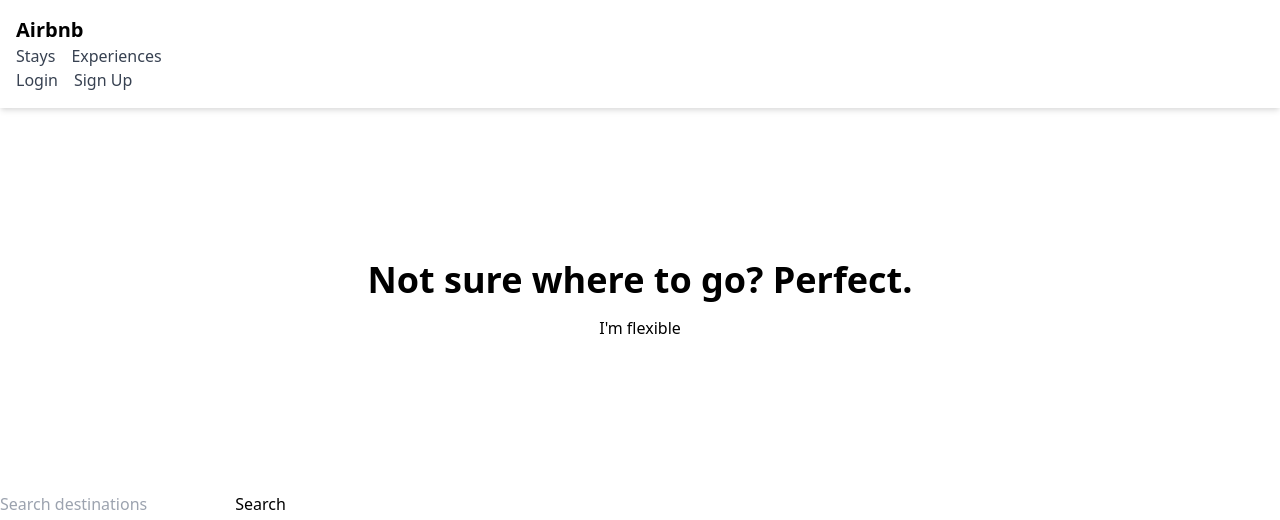
Repository: rmdayberry/Airbnb-Clone
Page: index.html
An editor plug-in stored every save of this project. The page is shown before and after the next save, followed by the edit.
The browser window is 1280 px wide. The pictures show the part of the page from y = 0 to 520 px (the page is 960 px tall).
A picture or video elsewhere on the page could not be fetched, so the positions and the page height are approximate.

Above is the page before, as saved 2024-08-13 15:10:41.

### index.html
<!DOCTYPE html>
<html lang="en">
  <head>
    <meta charset="UTF-8" />
    <meta name="viewport" content="width=device-width, initial-scale=1.0" />
    <title>Airbnb Clone</title>
    <link
      href="https://cdn.jsdelivr.net/npm/tailwindcss@2.2.19/dist/tailwind.min.css"
      rel="stylesheet"
    />
  </head>
  <body class="font-sans">
    <!-- Navbar -->
    <nav class="lex justify-between items-center p-4 shadow-md bg-white">
      <div class="text-xl font-bold">Airbnb</div>
      <ul class="flex space-x-4">
        <li><a href="#" class="text-gray-700 hover:underline">Stays</a></li>
        <li>
          <a href="#" class="text-gray-700 hover:underline">Experiences</a>
        </li>
      </ul>
      <div class="flex space-x-4">
        <a href="#" class="text-gray-700 hover:underline">Login</a>
        <a href="#" class="text-gray-700 hover:underline">Sign Up</a>
      </div>
    </nav>

    <!-- Hero Section -->

    <header class="bg-cover bg-center h-96">
      <div class="flex flex-col justify-center items-center h-full">
        <h1 class="text-4xl font-bold mb-4">Not sure where to go? Perfect.</h1>
        <button class="cta-button">I'm flexible</button>
      </div>
    </header>

    <!-- Search Bar -->
    <section class="search-bar">
      <input type="text" placeholder="Search destinations" />
      <button>Search</button>
    </section>

    <!-- Featured Listings -->
    <section class="listings">
      <h2>Featured Destinations</h2>
      <div class="listing">
        <img src="image1.jpeg" alt="Destination 1" />
        <h3>Destination 1</h3>
      </div>
    </section>

    <!-- Footer -->
    <footer>
      <div class="footer-content">
        <p>© 2024 Airbnb, Inc.</p>
        <ul class="footer-links">
          <li><a href="#">Privacy</a></li>
          <li><a href="#">Terms</a></li>
          <li><a href="#">Sitemap</a></li>
        </ul>
      </div>
    </footer>
  </body>
</html>

After the next save:
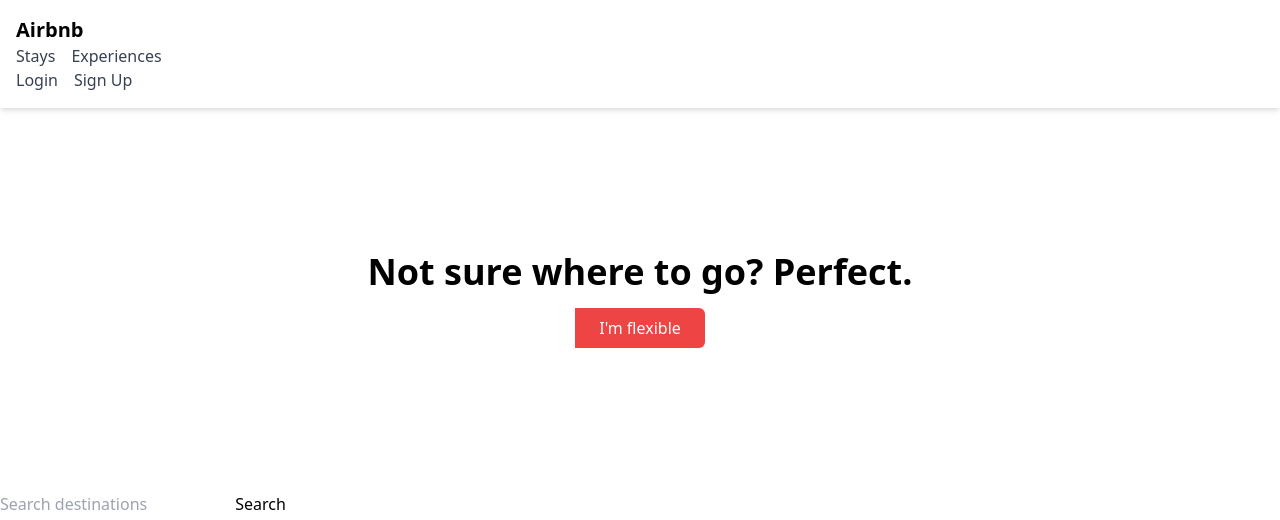
Saved 64 s later.
--- a/index.html
+++ b/index.html
@@ -30,7 +30,9 @@
     <header class="bg-cover bg-center h-96">
       <div class="flex flex-col justify-center items-center h-full">
         <h1 class="text-4xl font-bold mb-4">Not sure where to go? Perfect.</h1>
-        <button class="cta-button">I'm flexible</button>
+        <button class="bg-red-500 text-white px-6 py-2 rounded-r-md">
+          I'm flexible
+        </button>
       </div>
     </header>
 
